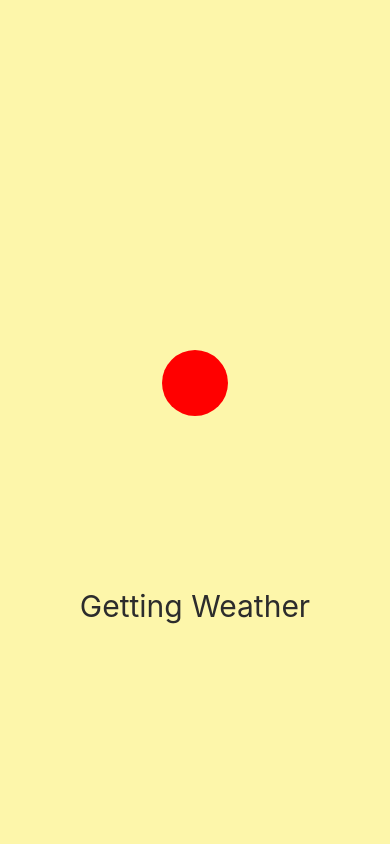
Repository: Exchallenger/Weather-app
Screen: /
An editor plug-in stored every save of this project. The screen is shown before and after the next save, followed by the edit.
The app was drawn by React Native's web renderer in a window 390 px wide. The project was rebuilt for these pictures with package versions that can differ from the ones it lists, and the page was loaded fresh each time. Also part of the build but not shown: weather.js.

Above is the screen before, as saved 2021-01-15 15:22:32.

After the next save:
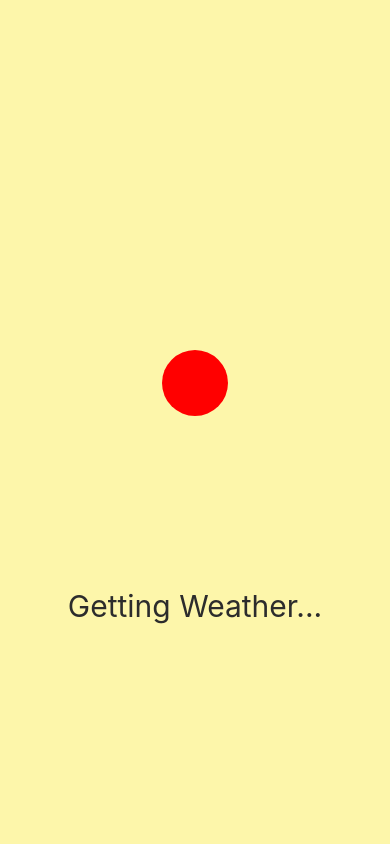
Saved 11 s later.
--- a/loading.js
+++ b/loading.js
@@ -5,7 +5,7 @@ export default function Loading(){
     return(
     <View style={styles.container}>
         <View style={styles.load}></View>
-        <View style={styles.texts}><Text style={styles.text}>Getting Weather</Text></View>
+        <View style={styles.texts}><Text style={styles.text}>Getting Weather...</Text></View>
     </View>);
 }
 
